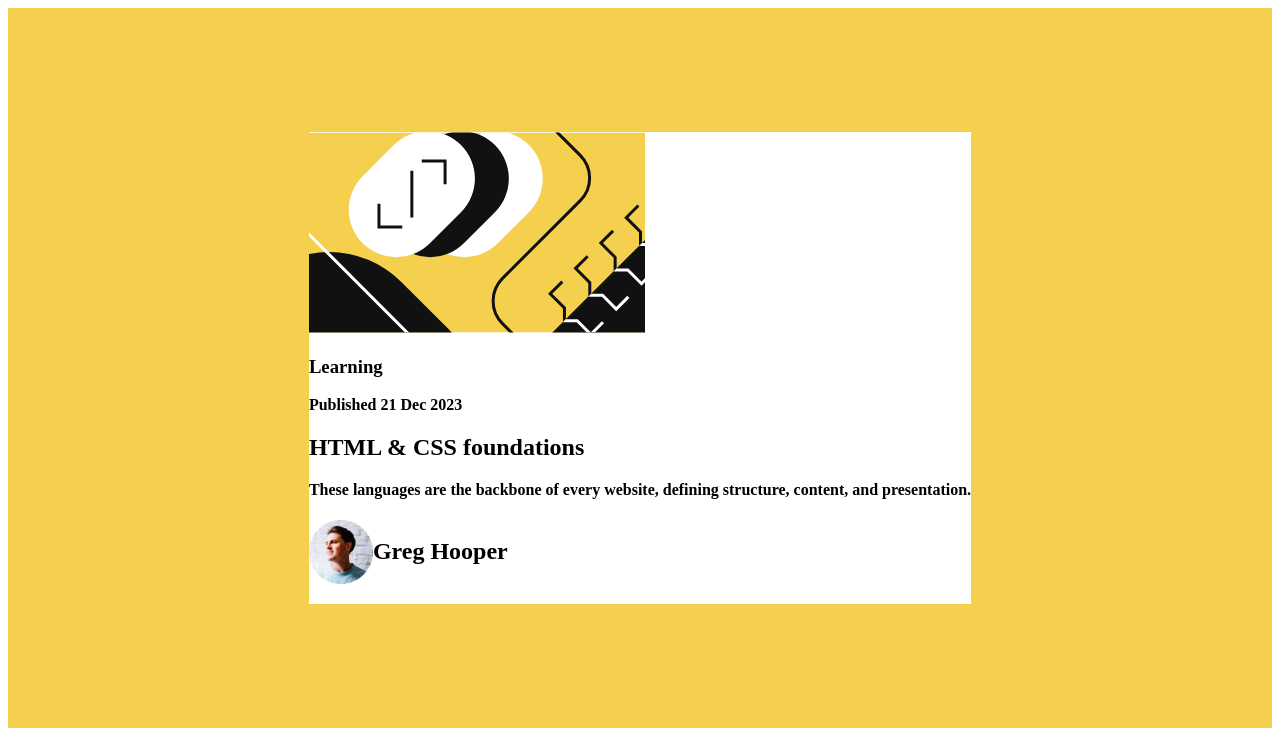
Repository: reemoon-ctrl/blog-preview-card
Page: index.html
An editor plug-in stored every save of this project. The page is shown before and after a run of saves, followed by the edit.
The browser window is 1280 px wide. The pictures show the whole page.

Above is the page before, as saved 2024-07-19 13:51:09.

After the next 2 saves:
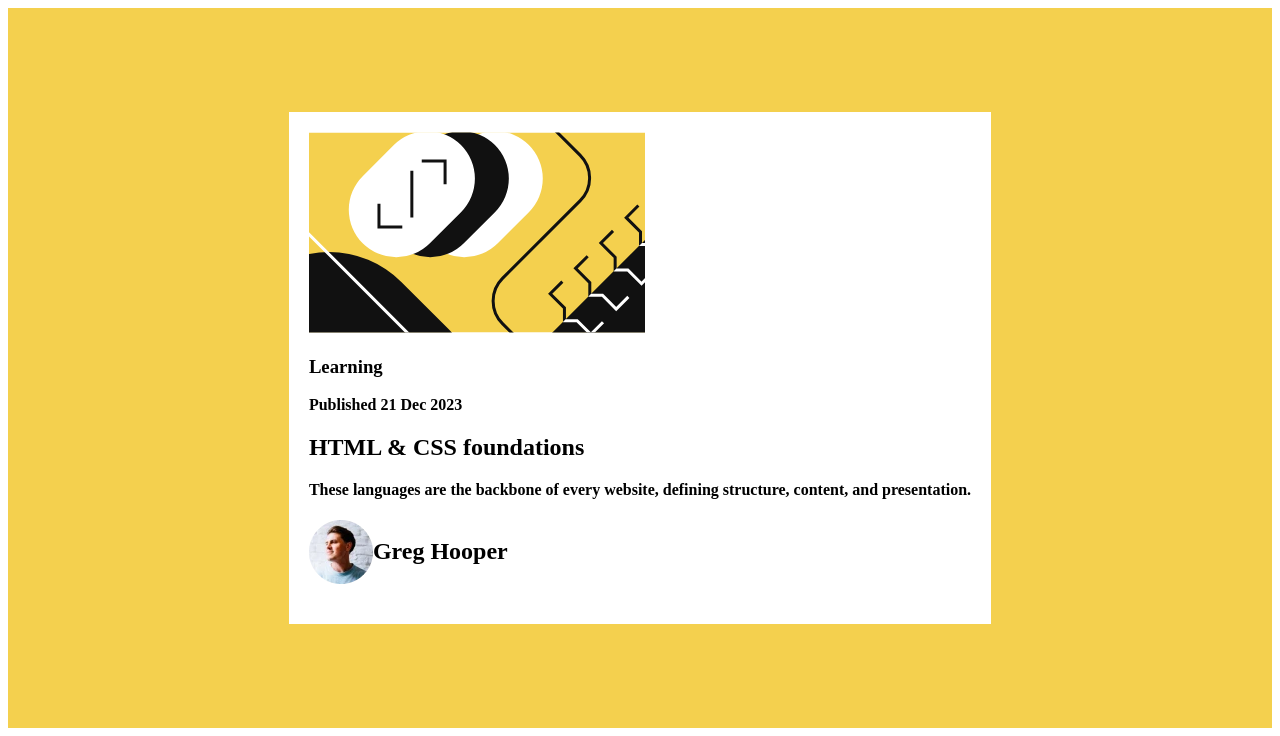
The 2 saves are shown as one change because they came seconds apart.
The last was saved 18 s later.
--- a/index.css
+++ b/index.css
@@ -10,7 +10,7 @@
 
 .blog-card{
     background-color: white;
-    margin: 20px;
+    padding: 20px;
 }
 
 .blog-img{
